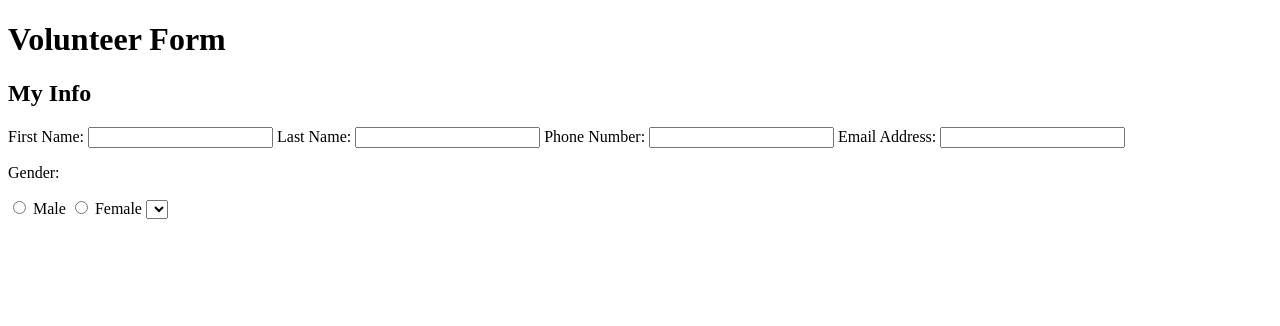
Repository: rishondass/ITMD361-Lab4
Page: index.html
These files come from the project's save history. The page is drawn as it stood at one moment and after the next save; the edit follows.
The browser window is 1280 px wide. The pictures show the whole page.

Above is the page before, as saved 2023-01-13 14:57:49.

After the next save:
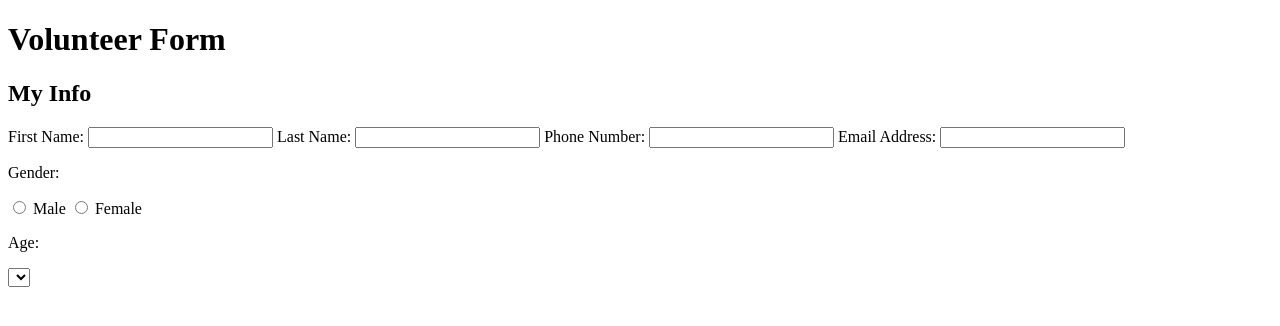
Saved 9 s later.
--- a/index.html
+++ b/index.html
@@ -33,6 +33,7 @@
         <input type="radio" name="gender_field" value="Female">
         <label for="gender_field">Female</label>
 
+        <p>Age:</p>
         <select name=""></select>
     </form>
 </body>
